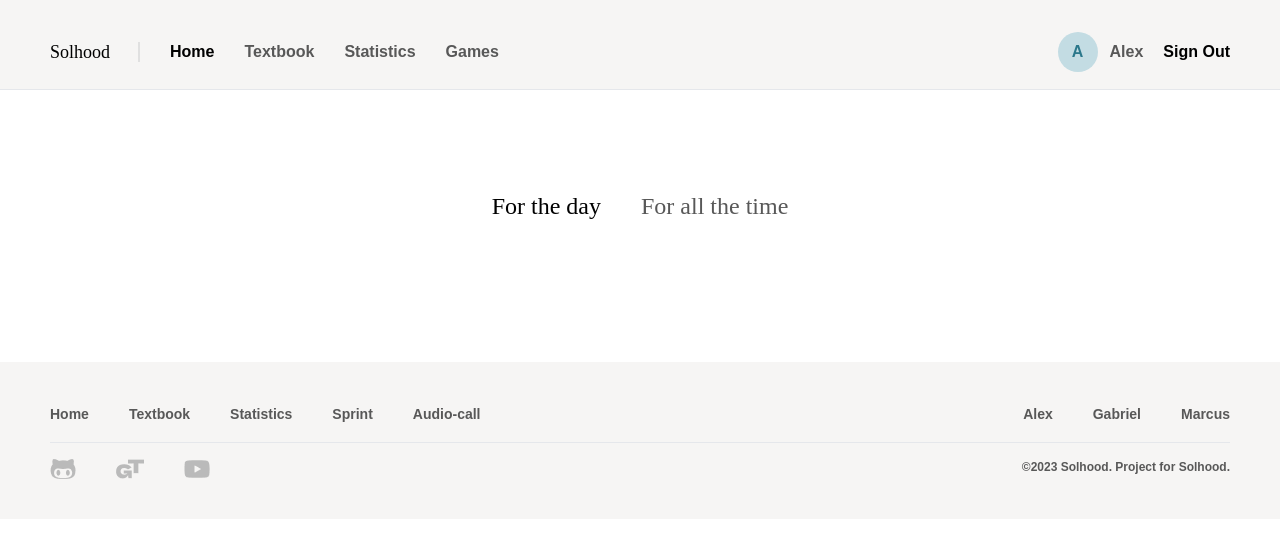
Repository: haudnn/solhood
Page: /statistics
An editor plug-in stored every save of this project. The page is shown before and after the next save, followed by the edit.
The browser window is 1280 px wide. The pictures show the whole page.
The project was rebuilt for these pictures with package versions that can differ from the ones it lists, and the page was loaded fresh each time. Also part of the build but not shown: src/pages/Home.tsx, src/pages/sprint/Sprint.tsx, src/pages/sprint/Game.tsx, src/pages/sprint/Result.tsx, src/pages/audio/Audio.tsx, src/pages/audio/Game.tsx, src/pages/audio/Result.tsx, src/hooks/useClickOutSide.ts and 2 more.

Above is the page before, as saved 2023-01-06 20:07:52.

### public/index.html
<!DOCTYPE html>
<html lang="en">
  <head>
    <meta charset="utf-8" />
    <link rel="icon" href="%PUBLIC_URL%/solanaLogoMark.svg" />
    <meta name="viewport" content="width=device-width, initial-scale=1" />
    <meta name="theme-color" content="#000000" />
    <meta
      name="description"
      content="Web site created using create-react-app"
    />
    <link rel="apple-touch-icon" href="%PUBLIC_URL%/logo192.png" />
    <link rel="manifest" href="%PUBLIC_URL%/manifest.json" />
    <title>Solhood | E-Learning Platform</title>
  </head>
  <body>
    <noscript>You need to enable JavaScript to run this app.</noscript>
    <div id="root"></div>
  </body>
</html>

### src/index.css
@tailwind base;
@tailwind components;
@tailwind utilities;

@import url('https://fonts.googleapis.com/css2?family=Dela+Gothic+One&family=Montserrat:wght@400;500;600;700&display=swap');

@layer components {
    html{
        scroll-behavior: smooth;
    }
    .app-container{
        width: 1180px !important;
        margin: 0 auto !important;
    }
    .wrapper {
        height: calc(100vh - 90px);
        overflow: hidden;
    }
    .line {
        position: relative;
    }
    .wrapper-calc {
        height: calc(100vh - 90px - 157px);
        overflow: hidden;
    }
    .circular-progess::before{
        content: "";
        position: absolute;
        height: 485px;
        width: 485px;
        border-radius: 50%;
        background-color: white;
    }
    .circular-progess-small::before{
        content: "";
        position: absolute;
        height: 110px;
        width: 110px;
        border-radius: 50%;
        background-color: white;
    }
    .line::before{
        position: absolute;
        content: "";
        right: -30px;
        border-right: 2px solid #e0e0e0 ;
        height: 20px;
        top: 50%;
        transform: translateY(-50%);
    }
    .line-long {
        position: relative;
    }
    .line-long::before{
        position: absolute;
        content: "";
        right: 0px;
        border-right: 2px solid #e0e0e0 ;
        height: 100%;
        top: 50%;
        transform: translateY(-50%);
    }
    .bridge::before {
        position: absolute;
        left:0;
        top:-16px;
        width: 100%;
        height: 20px;
        content:"";
        display: block;
    }
    /* custom scroll */
    .scroll::-webkit-scrollbar{
        width: 6px;
        background-color: transparent;
    }
    .scroll::-webkit-scrollbar-thumb {
        border-radius: 17px;
        background-color: #E0E0E0;
        height: 34px;
    }
    .scroll::-webkit-scrollbar-track {
        background-color: white;
    }
    /*  custom checkbox */
    [type="checkbox"]:not(:checked),
    [type="checkbox"]:checked {
      position: absolute;
      left: 0;
      opacity: 0.01;
    }
    [type="checkbox"]:not(:checked) + label,
    [type="checkbox"]:checked + label {
      position: relative;
      padding-left: 2.3em;
      cursor: pointer;
    }
    [type="checkbox"]:not(:checked) + label:before,
    [type="checkbox"]:checked + label:before {
      content: '';
      position: absolute;
      left: 0;
      top: 0;
      width: 1.4em;
      height: 1.4em;
      border: 1px solid #e5e5e5;
      background: #fff;
      border-radius: .2em;
      -webkit-transition: all .275s;
          transition: all .275s;
    }

    [type="checkbox"]:checked + label:before {
      background: #2b788b;
    }
    [type="checkbox"]:not(:checked):hover + label:before{
      border: 1px solid #2b788b;
    }
    [type="checkbox"]:not(:checked) + label:after,
    [type="checkbox"]:checked + label:after {
      content: '\2713';
      position: absolute;
      top: 0.725em;
      left: 0.38em;
      font-size: 1em;
      color: #fff;
      line-height: 0;
      -webkit-transition: all .2s;
          transition: all .2s;
    }
    [type="checkbox"]:not(:checked) + label:after {
      opacity: 0;
      -webkit-transform: scale(0) rotate(45deg);
          transform: scale(0) rotate(45deg);
    }


    .grid {
        width: 100%;
        display: block !important;
        padding: 0;
    }

    .grid.wide {
        max-width: 1200px;
        margin: 0 auto;
    }

    .row {
        display: flex;
        flex-wrap: wrap;
        margin-left: -4px;
        margin-right: -4px;
    }

    .row.no-gutters {
        margin-left: 0;
        margin-right: 0;
    }

    .col {
        padding-left: 4px;
        padding-right: 4px;
    }

    .row.no-gutters .col {
        padding-left: 0;
        padding-right: 0;
    }

    .c-0 {
        display: none;
    }

    .c-1 {
        flex: 0 0 8.33333%;
        max-width: 8.33333%;
    }

    .c-2 {
        flex: 0 0 16.66667%;
        max-width: 16.66667%;
    }

    .c-3 {
        flex: 0 0 25%;
        max-width: 25%;
    }

    .c-4 {
        flex: 0 0 33.33333%;
        max-width: 33.33333%;
    }

    .c-5 {
        flex: 0 0 41.66667%;
        max-width: 41.66667%;
    }

    .c-6 {
        flex: 0 0 50%;
        max-width: 50%;
    }

    .c-7 {
        flex: 0 0 58.33333%;
        max-width: 58.33333%;
    }

    .c-8 {
        flex: 0 0 66.66667%;
        max-width: 66.66667%;
    }

    .c-9 {
        flex: 0 0 75%;
        max-width: 75%;
    }

    .c-10 {
        flex: 0 0 83.33333%;
        max-width: 83.33333%;
    }

    .c-11 {
        flex: 0 0 91.66667%;
        max-width: 91.66667%;
    }

    .c-12 {
        flex: 0 0 100%;
        max-width: 100%;
    }

    .c-o-1 {
        margin-left: 8.33333%;
    }

    .c-o-2 {
        margin-left: 16.66667%;
    }

    .c-o-3 {
        margin-left: 25%;
    }

    .c-o-4 {
        margin-left: 33.33333%;
    }

    .c-o-5 {
        margin-left: 41.66667%;
    }

    .c-o-6 {
        margin-left: 50%;
    }

    .c-o-7 {
        margin-left: 58.33333%;
    }

    .c-o-8 {
        margin-left: 66.66667%;
    }

    .c-o-9 {
        margin-left: 75%;
    }

    .c-o-10 {
        margin-left: 83.33333%;
    }

    .c-o-11 {
        margin-left: 91.66667%;
    }

    /* >= Tablet */
    @media (min-width: 740px) {
        .row {
            margin-left: -8px;
            margin-right: -8px;
        }

        .col {
            padding-left: 8px;
            padding-right: 8px;
        }

        .m-0 {
            display: none;
        }

        .m-1,
        .m-2,
        .m-3,
        .m-4,
        .m-5,
        .m-6,
        .m-7,
        .m-8,
        .m-9,
        .m-10,
        .m-11,
        .m-12 {
            display: block;
        }

        .m-1 {
            flex: 0 0 8.33333%;
            max-width: 8.33333%;
        }

        .m-2 {
            flex: 0 0 16.66667%;
            max-width: 16.66667%;
        }

        .m-3 {
            flex: 0 0 25%;
            max-width: 25%;
        }

        .m-4 {
            flex: 0 0 33.33333%;
            max-width: 33.33333%;
        }

        .m-5 {
            flex: 0 0 41.66667%;
            max-width: 41.66667%;
        }

        .m-6 {
            flex: 0 0 50%;
            max-width: 50%;
        }

        .m-7 {
            flex: 0 0 58.33333%;
            max-width: 58.33333%;
        }

        .m-8 {
            flex: 0 0 66.66667%;
            max-width: 66.66667%;
        }

        .m-9 {
            flex: 0 0 75%;
            max-width: 75%;
        }

        .m-10 {
            flex: 0 0 83.33333%;
            max-width: 83.33333%;
        }

        .m-11 {
            flex: 0 0 91.66667%;
            max-width: 91.66667%;
        }

        .m-12 {
            flex: 0 0 100%;
            max-width: 100%;
        }

        .m-o-1 {
            margin-left: 8.33333%;
        }

        .m-o-2 {
            margin-left: 16.66667%;
        }

        .m-o-3 {
            margin-left: 25%;
        }

        .m-o-4 {
            margin-left: 33.33333%;
        }

        .m-o-5 {
            margin-left: 41.66667%;
        }

        .m-o-6 {
            margin-left: 50%;
        }

        .m-o-7 {
            margin-left: 58.33333%;
        }

        .m-o-8 {
            margin-left: 66.66667%;
        }

        .m-o-9 {
            margin-left: 75%;
        }

        .m-o-10 {
            margin-left: 83.33333%;
        }

        .m-o-11 {
            margin-left: 91.66667%;
        }
    }

    /* PC medium resolution > */
    @media (min-width: 1113px) {
        .row {
            margin-left: -12px;
            margin-right: -12px;
        }

        .row.sm-gutter {
            margin-left: -5px;
            margin-right: -5px;
        }

        .col {
            padding-left: 12px;
            padding-right: 12px;
        }

        .row.sm-gutter .col {
            padding-left: 5px;
            padding-right: 5px;
        }

        .l-0 {
            display: none;
        }

        .l-1,
        .l-2,
        .l-2-4,
        .l-3,
        .l-4,
        .l-5,
        .l-6,
        .l-7,
        .l-8,
        .l-9,
        .l-10,
        .l-11,
        .l-12 {
            display: block;
        }

        .l-1 {
            flex: 0 0 8.33333%;
            max-width: 8.33333%;
        }

        .l-2 {
            flex: 0 0 16.66667%;
            max-width: 16.66667%;
        }

        .l-2-4 {
            flex: 0 0 20%;
            max-width: 20%;
        }

        .l-3 {
            flex: 0 0 25%;
            max-width: 25%;
        }

        .l-4 {
            flex: 0 0 33.33333%;
            max-width: 33.33333%;
        }

        .l-5 {
            flex: 0 0 41.66667%;
            max-width: 41.66667%;
        }

        .l-6 {
            flex: 0 0 50%;
            max-width: 50%;
        }

        .l-7 {
            flex: 0 0 58.33333%;
            max-width: 58.33333%;
        }

        .l-8 {
            flex: 0 0 66.66667%;
            max-width: 66.66667%;
        }

        .l-9 {
            flex: 0 0 75%;
            max-width: 75%;
        }

        .l-10 {
            flex: 0 0 83.33333%;
            max-width: 83.33333%;
        }

        .l-11 {
            flex: 0 0 91.66667%;
            max-width: 91.66667%;
        }

        .l-12 {
            flex: 0 0 100%;
            max-width: 100%;
        }

        .l-o-1 {
            margin-left: 8.33333%;
        }

        .l-o-2 {
            margin-left: 16.66667%;
        }

        .l-o-3 {
            margin-left: 25%;
        }

        .l-o-4 {
            margin-left: 33.33333%;
        }

        .l-o-5 {
            margin-left: 41.66667%;
        }

        .l-o-6 {
            margin-left: 50%;
        }

        .l-o-7 {
            margin-left: 58.33333%;
        }

        .l-o-8 {
            margin-left: 66.66667%;
        }

        .l-o-9 {
            margin-left: 75%;
        }

        .l-o-10 {
            margin-left: 83.33333%;
        }

        .l-o-11 {
            margin-left: 91.66667%;
        }
    }

    /* Tablet - PC low resolution */
    @media (min-width: 740px) and (max-width: 1023px) {
        .wide {
            width: 644px;
        }
    }

    /* > PC low resolution */
    @media (min-width: 1024px) and (max-width: 1239px) {
        .wide {
            width: 984px;
        }

        .wide .row {
            margin-left: -12px;
            margin-right: -12px;
        }

        .wide .row.sm-gutter {
            margin-left: -5px;
            margin-right: -5px;
        }

        .wide .col {
            padding-left: 12px;
            padding-right: 12px;
        }

        .wide .row.sm-gutter .col {
            padding-left: 5px;
            padding-right: 5px;
        }

        .wide .l-0 {
            display: none;
        }

        .wide .l-1,
        .wide .l-2,
        .wide .l-2-4,
        .wide .l-3,
        .wide .l-4,
        .wide .l-5,
        .wide .l-6,
        .wide .l-7,
        .wide .l-8,
        .wide .l-9,
        .wide .l-10,
        .wide .l-11,
        .wide .l-12 {
            display: block;
        }

        .wide .l-1 {
            flex: 0 0 8.33333%;
            max-width: 8.33333%;
        }

        .wide .l-2 {
            flex: 0 0 16.66667%;
            max-width: 16.66667%;
        }

        .wide .l-2-4 {
            flex: 0 0 20%;
            max-width: 20%;
        }

        .wide .l-3 {
            flex: 0 0 25%;
            max-width: 25%;
        }

        .wide .l-4 {
            flex: 0 0 33.33333%;
            max-width: 33.33333%;
        }

        .wide .l-5 {
            flex: 0 0 41.66667%;
            max-width: 41.66667%;
        }

        .wide .l-6 {
            flex: 0 0 50%;
            max-width: 50%;
        }

        .wide .l-7 {
            flex: 0 0 58.33333%;
            max-width: 58.33333%;
        }

        .wide .l-8 {
            flex: 0 0 66.66667%;
            max-width: 66.66667%;
        }

        .wide .l-9 {
            flex: 0 0 75%;
            max-width: 75%;
        }

        .wide .l-10 {
            flex: 0 0 83.33333%;
            max-width: 83.33333%;
        }

        .wide .l-11 {
            flex: 0 0 91.66667%;
            max-width: 91.66667%;
        }

        .wide .l-12 {
            flex: 0 0 100%;
            max-width: 100%;
        }

        .wide .l-o-1 {
            margin-left: 8.33333%;
        }

        .wide .l-o-2 {
            margin-left: 16.66667%;
        }

        .wide .l-o-3 {
            margin-left: 25%;
        }

        .wide .l-o-4 {
            margin-left: 33.33333%;
        }

        .wide .l-o-5 {
            margin-left: 41.66667%;
        }

        .wide .l-o-6 {
            margin-left: 50%;
        }

        .wide .l-o-7 {
            margin-left: 58.33333%;
        }

        .wide .l-o-8 {
            margin-left: 66.66667%;
        }

        .wide .l-o-9 {
            margin-left: 75%;
        }

        .wide .l-o-10 {
            margin-left: 83.33333%;
        }

        .wide .l-o-11 {
            margin-left: 91.66667%;
        }
    }
}

### src/App.tsx
import "./App.css";
import { BrowserRouter } from 'react-router-dom';
import RouterConfig from './config/RouterConfig';
import Footer from "./components/Layout/Footer";
import Header from "./components/Layout/Header";
function App() {
  return (
    <div className="App font-montserrat">
      <BrowserRouter>
        <Header />
        <RouterConfig/>
        <Footer/>
      </BrowserRouter>
    </div>
  );
}

export default App;

### src/config/RouterConfig.tsx
import React from 'react'
import { Routes, Route } from 'react-router-dom';
import {router} from '../constants';
const RouterConfig = () => {
  return (
    <Routes>
    {router.map(({ path, component }) => (
      <Route key={path} path={path} element={component} />
    ))}
  </Routes>
  )
}

export default RouterConfig

### src/components/Layout/Footer.tsx
import React from "react";
import github from '../../assets/imgs/github.png';
import GT from '../../assets/imgs/GT.png'
import youtube from '../../assets/imgs/youtube.png'
const Footer = () => {
  return (
    <footer>
      <div className="bg-greyligt py-[40px]">
        <div className="app-container">
          <div className="pb-4 border-b border-solid boder-[greymedium]">
            <div className="grid">
              <div className="row">
                <div className="col l-6">
                  <ul className="flex items-center gap-x-10">
                    <li>
                      <a
                        className="text-sm font-semibold text-greydark"
                        href="/"
                      >
                        Home
                      </a>
                    </li>
                    <li>
                      <a
                        className="text-sm font-semibold text-greydark"
                        href="/"
                      >
                        Textbook
                      </a>
                    </li>
                    <li>
                      <a
                        className="text-sm font-semibold text-greydark"
                        href="/"
                      >
                        Statistics
                      </a>
                    </li>
                    <li>
                      <a
                        className="text-sm font-semibold text-greydark"
                        href="/"
                      >
                        Sprint
                      </a>
                    </li>
                    <li>
                      <a
                        className="text-sm font-semibold text-greydark"
                        href="/"
                      >
                        Audio-call
                      </a>
                    </li>
                  </ul>
                </div>
                <div className="col l-6">
                  <ul className="flex items-center justify-end gap-x-10">
                    <li>
                      <a
                        className="text-sm font-semibold text-greydark"
                        href="/"
                      >
                        Alex
                      </a>
                    </li>
                    <li>
                      <a
                        className="text-sm font-semibold text-greydark"
                        href="/"
                      >
                        Gabriel
                      </a>
                    </li>
                    <li>
                      <a
                        className="text-sm font-semibold text-greydark"
                        href="/"
                      >
                        Marcus
                      </a>
                    </li>
                  </ul>
                </div>
              </div>
            </div>
          </div>
          <div className="pt-4">
            <div className="grid">
              <div className="row">
                <div className="col l-6">
                  <ul className="flex items-center gap-x-10">
                    <li>
                      <a href="/">
                        <img src={github} alt="" />
                      </a>
                    </li>
                    <li>
                      <a href="/">
                        <img src={GT} alt="" />
                      </a>
                    </li>
                    <li>
                      <a href="/">
                        <img src={youtube} alt="" />
                      </a>
                    </li>
                  </ul>
                </div>
                <div className="col l-6">
                  <div className="flex items-center justify-end">
                    <span className="text-xs font-semibold text-greydark ">
                      ©2023 Solhood. Project for Solhood.
                    </span>
                  </div>
                </div>
              </div>
            </div>
          </div>
        </div>
      </div>
    </footer>
  );
};

export default Footer;

### src/components/Layout/Header.tsx
import React from "react";

const Header = () => {
  return (
    <header className="py-8 border-b border-solid border-[grey-dark] bg-greyligt max-h-[90px]">
      <div className="app-container">
        <div className="grid">
          <div className="row">
            <div className="col l-6">
              <div className="flex items-center gap-x-[60px] h-full">
                <div className="line">
                  <a href="/" className="text-lg text-black font-dela">
                    Solhood
                  </a>
                </div>
                <div className="">
                  <ul className="flex items-center gap-x-[30px]">
                    <li>
                      <a
                        className="text-base font-semibold text-black"
                        href="/"
                      >
                        Home
                      </a>
                    </li>
                    <li>
                      <a
                        className="text-base font-semibold text-greydark"
                        href="/textbook"
                      >
                        Textbook
                      </a>
                    </li>
                    <li>
                      <a
                        className="text-base font-semibold text-greydark"
                        href="/statistics"
                      >
                        Statistics
                      </a>
                    </li>
                    <li className="relative group">
                      <p className="text-base font-semibold cursor-default text-greydark">
                        Games
                      </p>
                      <div className="z-10 group-hover:block hidden absolute bg-white rounded-xl shadow-lg w-[215px] p-5 top-10 bridge">
                        <ul>
                          <li className="mb-2 text-base font-semibold text-greydark">
                            <a href="/sprint">Sprint</a>
                          </li>
                          <li>
                            <a
                              href="/audio"
                              className="text-base font-semibold text-greydark"
                            >
                              Audio call
                            </a>
                          </li>
                        </ul>
                      </div>
                    </li>
                  </ul>
                </div>
              </div>
            </div>
            <div className="col l-6">
              <div className="flex justify-end">
                <div className="flex items-center mr-5 gap-x-3">
                  <div className="flex items-center justify-center w-10 h-10 rounded-[50%] bg-cyanlight">
                    <span className="text-base font-semibold text-cyandark">
                      A
                    </span>
                  </div>
                  <span className="text-base font-semibold text-greydark">
                    Alex
                  </span>
                </div>
                <div className="flex items-center">
                  <a href="/" className="text-base font-semibold text-black">
                    Sign Out
                  </a>
                </div>
              </div>
            </div>
          </div>
        </div>
      </div>
    </header>
  );
};

export default Header;

### src/constants/index.ts
import router from "./router"

export {router}

### src/constants/router.tsx
import Home from "../pages/Home";
import Sprint from "../pages/sprint/Sprint";
import SprintGame from "../pages/sprint/Game";
import SprintResult from "../pages/sprint/Result";
import Audio from "../pages/audio/Audio";
import AudioGame from "../pages/audio/Game";
import AudioResult from "../pages/audio/Result";
import TextBook from "../pages/textbook/TextBook";
import Statistics from "../pages/statistics/Statistics";
const router = [
 {
    path: '/',
    component: <Home />,
 },
 {
   path: '/textbook',
   component: <TextBook />,
},
 {
   path: '/statistics',
   component: <Statistics />,
 }
 ,
// Audio
 {
  path: '/audio',
  component: <Audio />,
 },
 {
  path: '/audio/game',
  component: <AudioGame />,
 },
 {
  path: '/audio/result',
  component: <AudioResult />,
 },
// Sprint
 {
  path: '/sprint',
  component: <Sprint />,
  },
 {
  path: '/sprint/game',
  component: <SprintGame />,
 },
 {
  path: '/sprint/result',
  component: <SprintResult />,
 },


]
export default router;

### src/pages/statistics/Statistics.tsx
import React from 'react'

const Statistics = () => {
  return (
    <div className="statistics">
        <div className="flex items-center justify-center w-full py-[100px]">
            <div>
                <div className="flex items-center pb-10 gap-x-10">
                    <span className="text-2xl text-black cursor-pointer font-dela">For the day</span>
                    <span className="text-2xl cursor-pointer text-greydark font-dela">For all the time</span>
                </div>
                <div>
                    <div className="grid">
                        <div className="row">
                            <div className="col l-5">

                            </div>
                            <div className="col l-7">

                            </div>
                        </div>
                    </div>
                </div>
            </div>
        </div>
    </div>
  )
}

export default Statistics

### tailwind.config.js
/** @type {import('tailwindcss').Config} */
module.exports = {
  content: ["./src/**/*.{html,jsx,js,tsx}"],
  theme: {
    fontFamily: {
      dela: ["Dela Gothic One", "cursive"],
      montserrat: ["Montserrat", "sans-serif"],
    },
    extend: {
      colors: {
        cyandesign: "#5996a5",
        cyandark: "#2b788b",
        cyanlight: "#c3dce3",
        pinkdesign: "#a15993",
        pinkdark: "#945069",
        pinklight: "#f2d4dc",
        black: "#000000",
        greyligt: "#f6f5f4",
        greymedium: "#e0e0e0",
        greyicon: "#bababa",
        greydark: "#585858",
        greendesign: "#639b6d",
        secondgreendesign: "#cbdacc",
        reddesign: "#a95151",
        yellowdesign: "#c4a24c",
        orangedesign: "#cb5b43",
        secondorangedesign: "#eac7bf",
        secondyellowdesign: "#e8ddc2"
      },
    },
  },
  plugins: [],
}

Loaded but not shown: src/index.tsx (common file); src/App.css (common file)

After the next save:
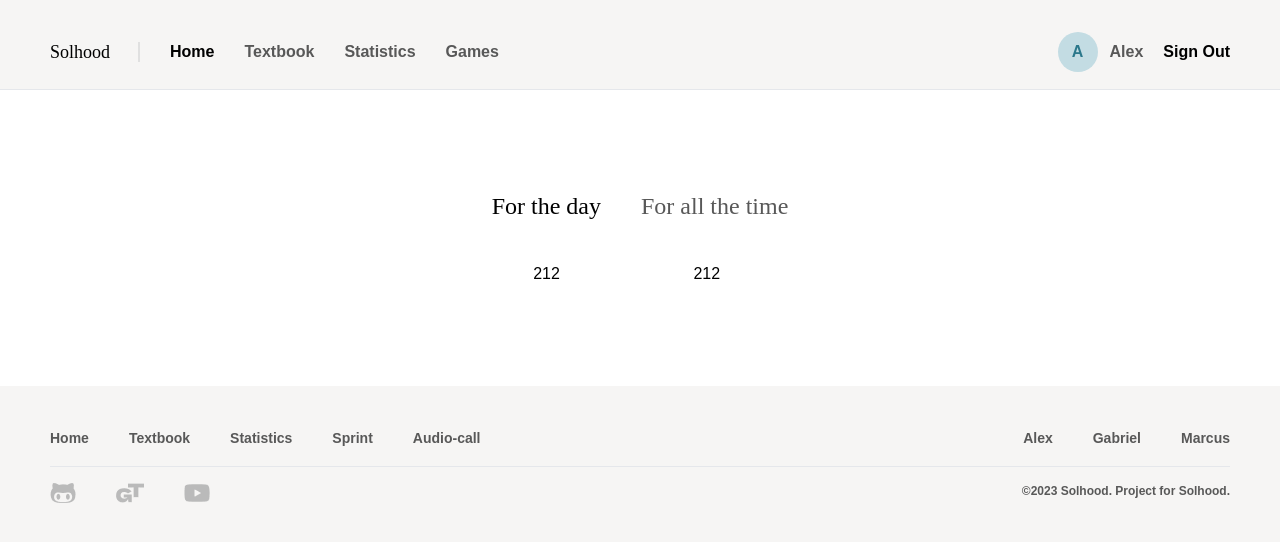
Saved 8 s later.
--- a/src/pages/statistics/Statistics.tsx
+++ b/src/pages/statistics/Statistics.tsx
@@ -13,10 +13,10 @@ const Statistics = () => {
                     <div className="grid">
                         <div className="row">
                             <div className="col l-5">
-
+                                212
                             </div>
                             <div className="col l-7">
-
+                                212
                             </div>
                         </div>
                     </div>
